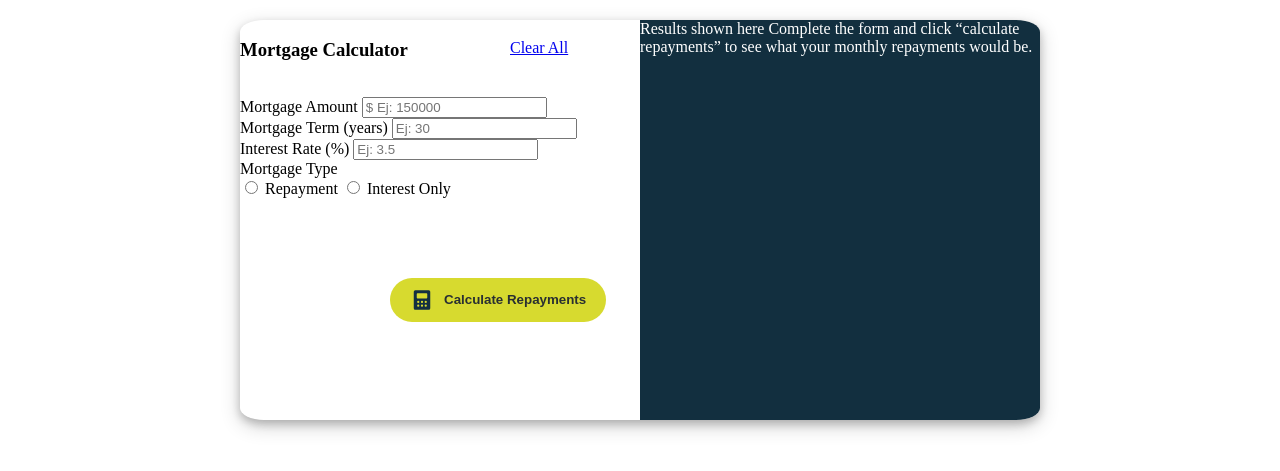
Repository: GravielPV/Mortgage-repayment-calculator
Page: index.html
An editor plug-in stored every save of this project. The page is shown before and after the next save, followed by the edit.
The browser window is 1280 px wide. The pictures show the whole page.

Above is the page before, as saved 2025-12-11 17:13:35.

After the next save:
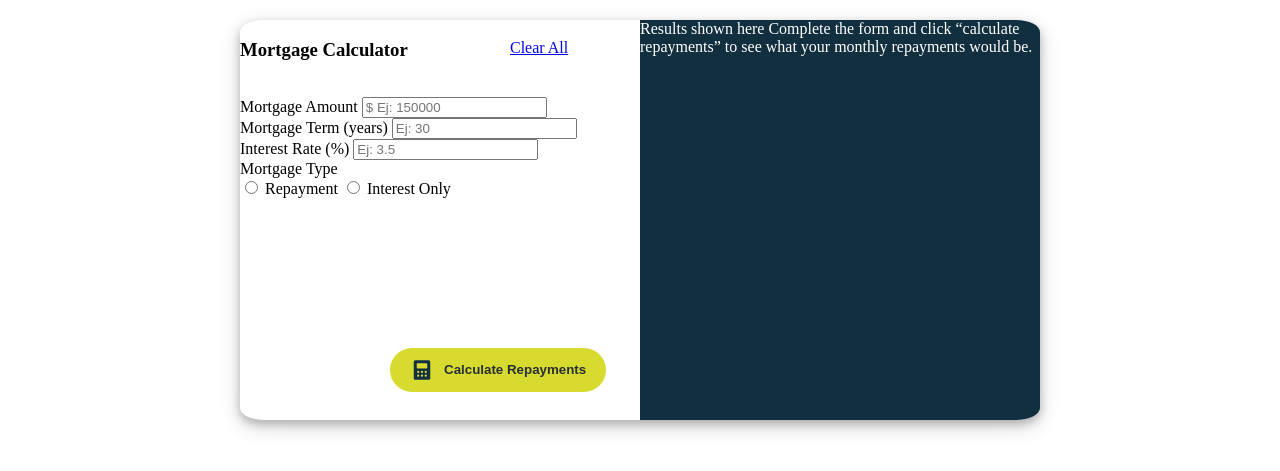
Saved 4 s later.
--- a/styles.css
+++ b/styles.css
@@ -40,7 +40,7 @@ a{
 
     button{
         position: relative;
-        top: 80px;
+        top: 150px;
         left: 150px;
         padding: 10px 20px;
         background-color: hsl(61, 70%, 52%);
